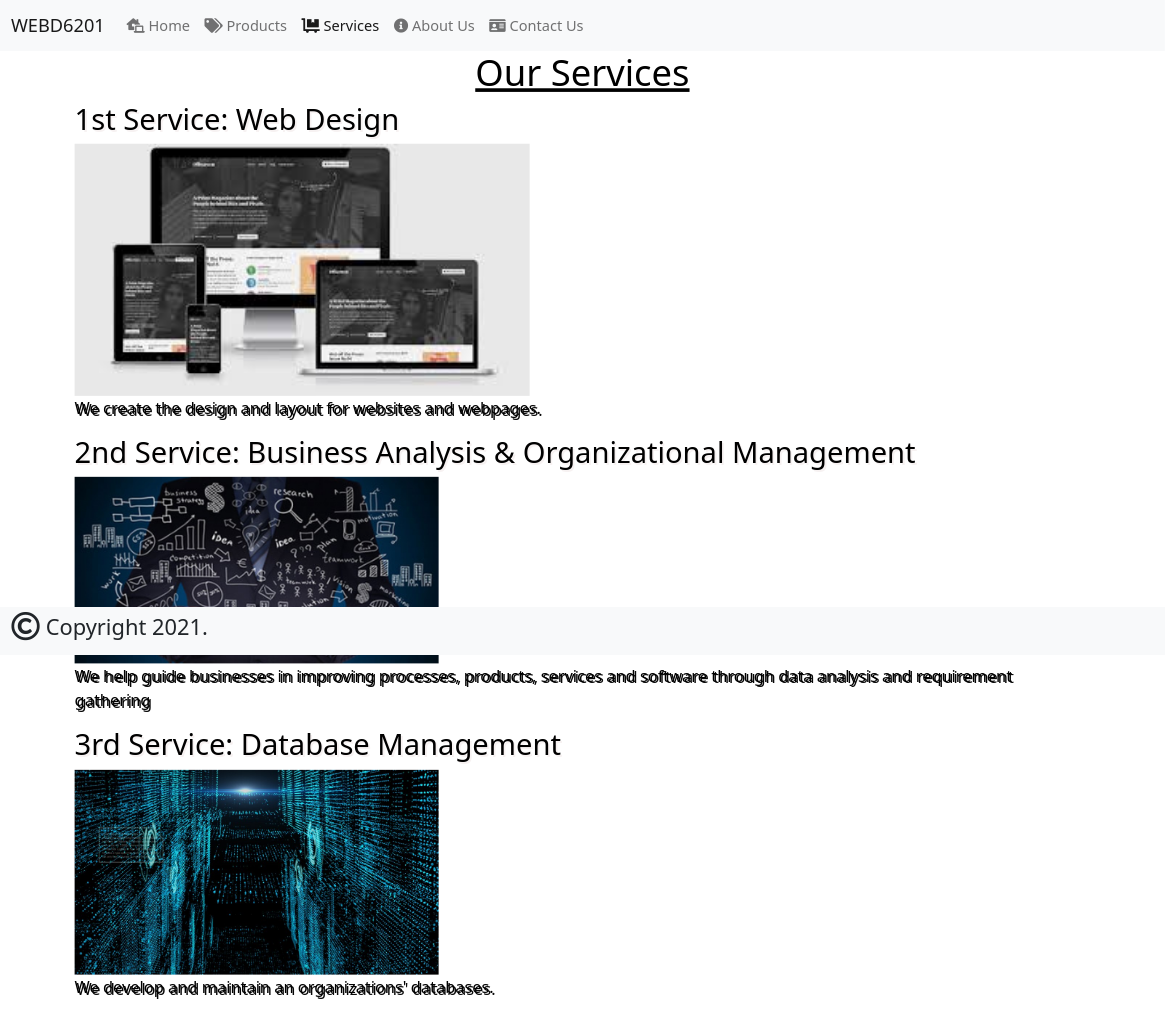
Repository: MuzhdaEhsan/WEBD6201-W2021-Lab1
Page: services.html
An editor plug-in stored every save of this project. The page is shown before and after the next save, followed by the edit.
The browser window is 1280 px wide. The pictures show the whole page, at 91% of full size.

Above is the page before, as saved 2021-02-06 18:24:21.

After the next save:
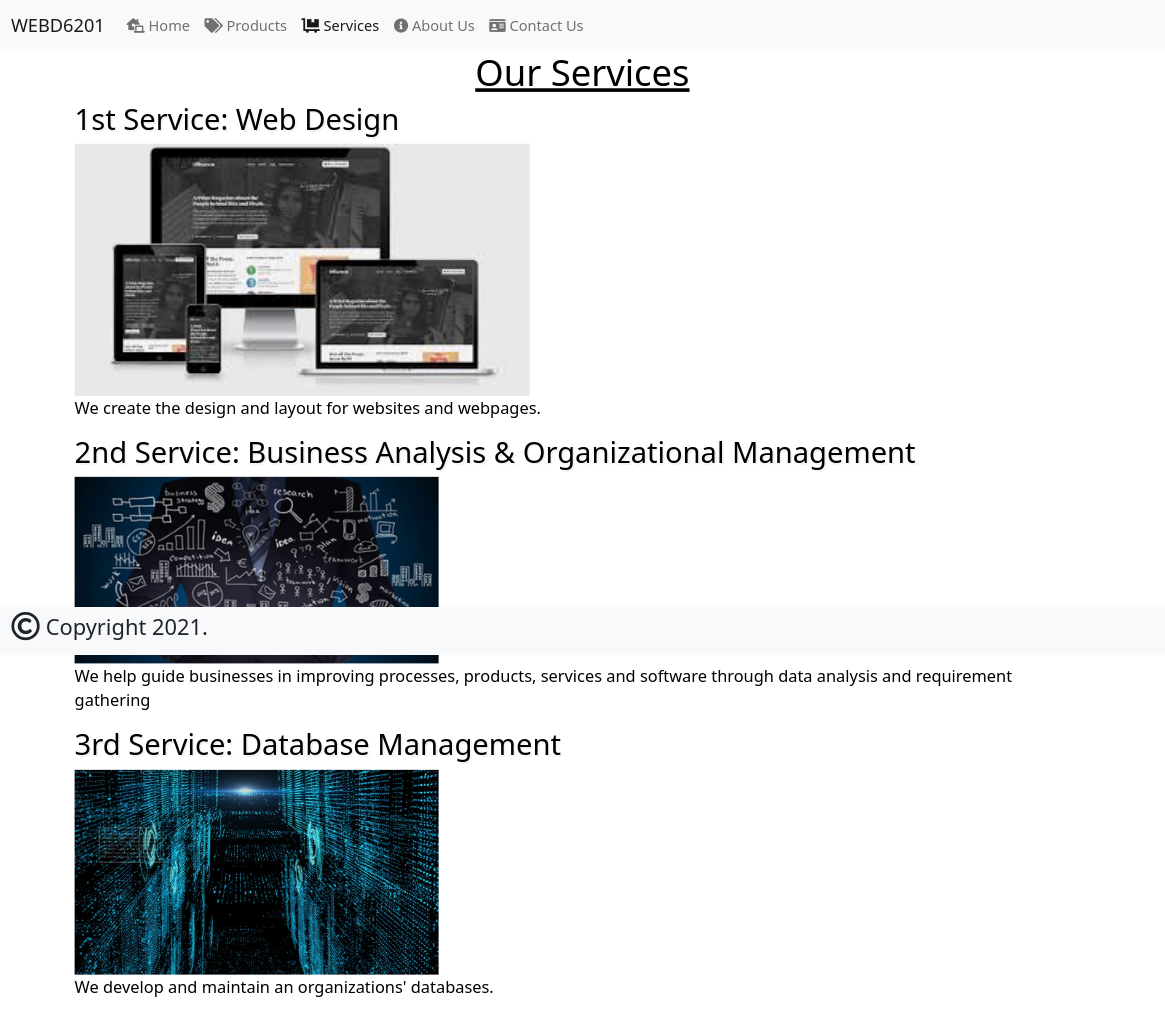
Saved 11 s later.
--- a/Content/app.css
+++ b/Content/app.css
@@ -26,7 +26,7 @@
 p{
     color:Black;
     font-size: large;
-    text-shadow: 2px 2px #080808;
+
 }
 
 
